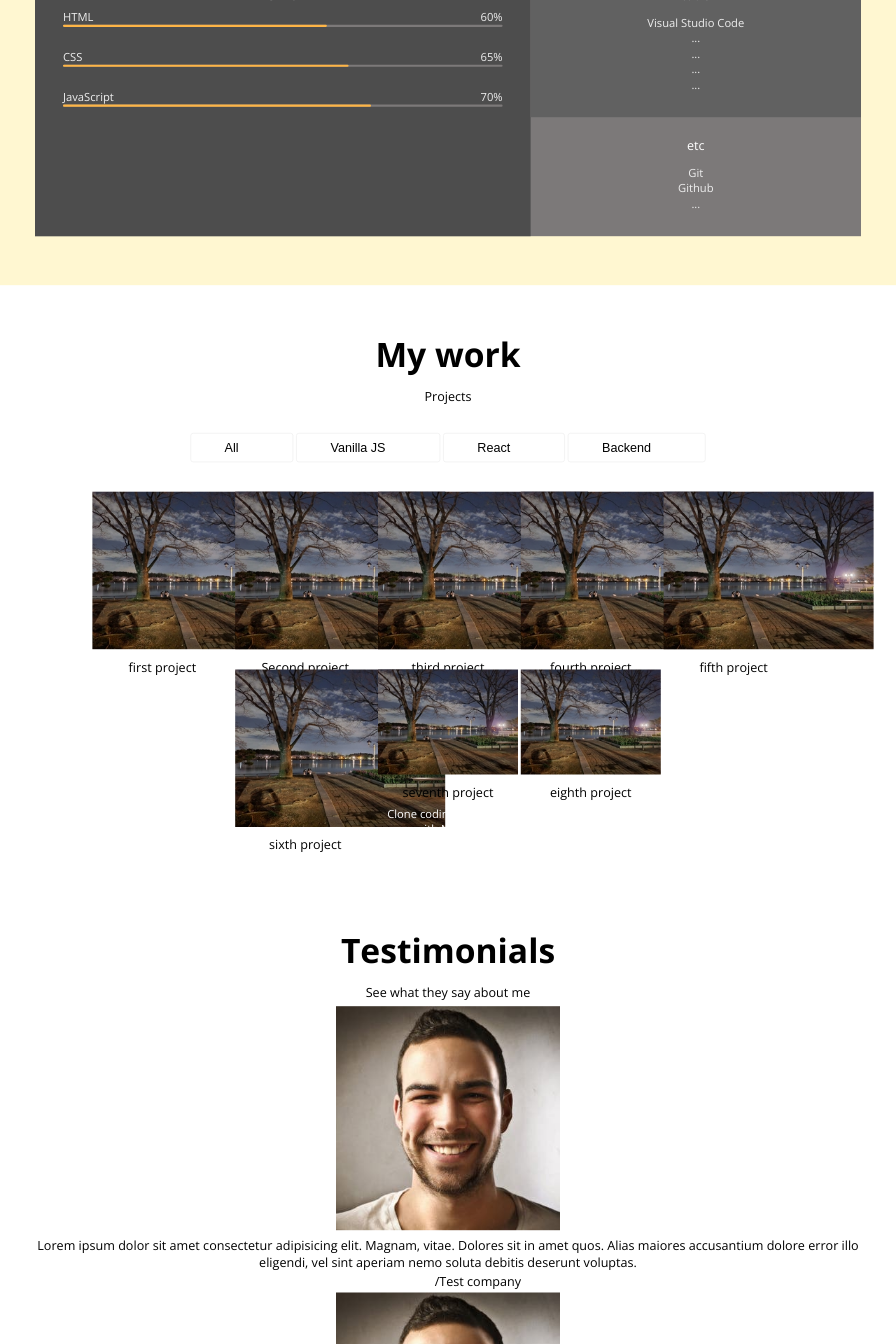
Repository: delphkim/portfolio
Page: index.html
These files come from the project's save history. The page is drawn as it stood at one moment and after the next save; the edit follows.
The browser window is 1280 px wide. The pictures show the part of the page from y = 1858 to 3778 px (the page is 4461 px tall), at 70% of full size.
Some web libraries are served in a nearby version.

Above is the page before, as saved 2021-08-04 15:28:04.

After the next save:
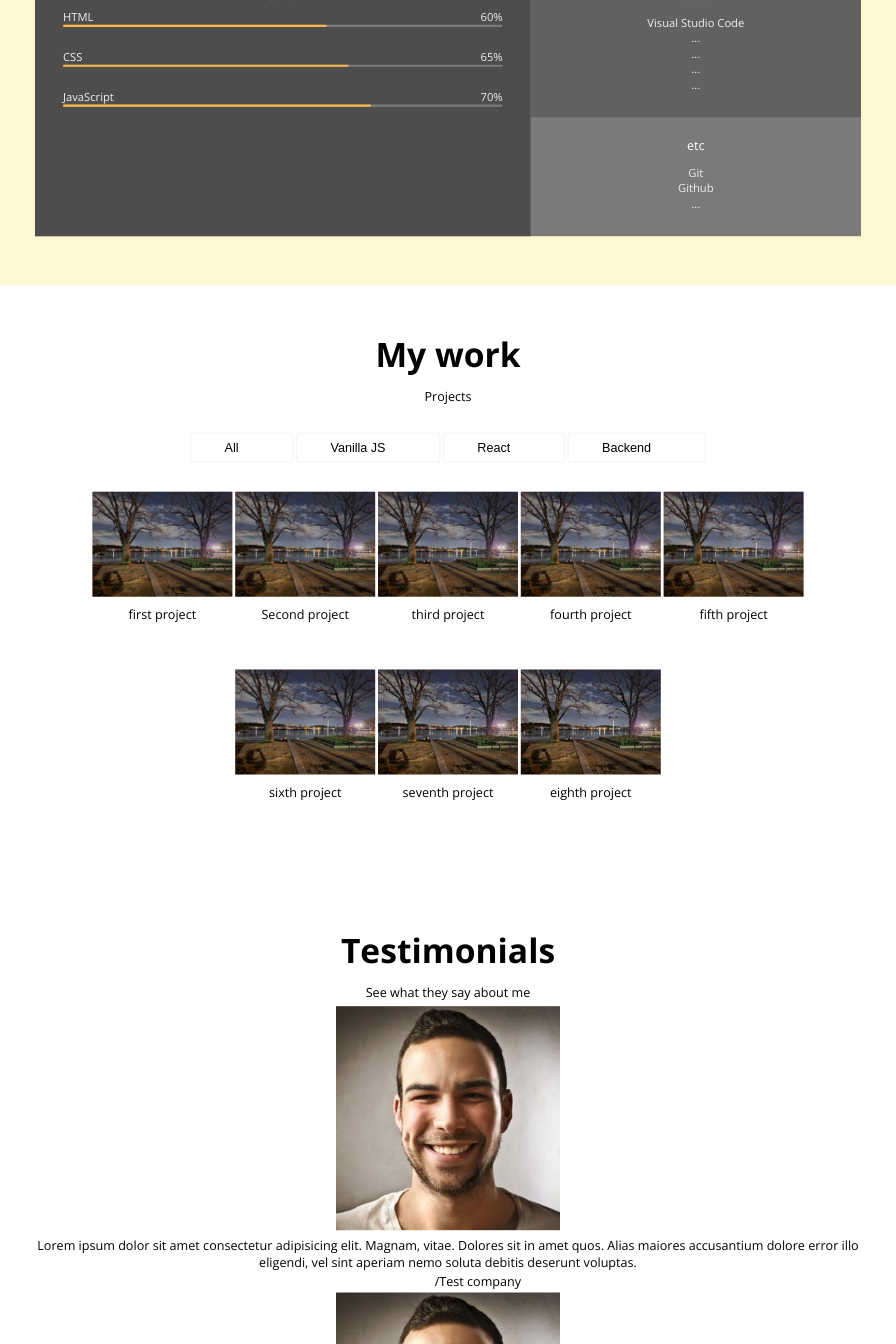
Saved 3 min 22 s later.
--- a/style.css
+++ b/style.css
@@ -288,3 +288,8 @@
   height: 250px;
   margin: 2px;
 }
+
+.project__img {
+  max-width: 100%;
+  max-height: 100%;
+}
